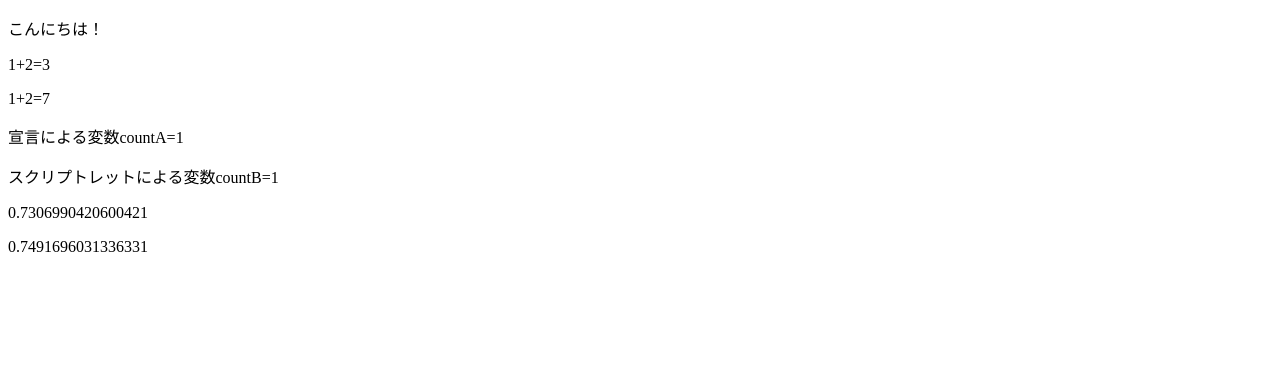
Repository: hitomiono/test
Page: http://localhost/HelloJSP/
The author's editor kept a copy of each file at every save. The page is drawn from the files as they stood at one save, then again after the next save.
The browser window is 1280 px wide. The pictures show the whole page.
The page is served by Tomcat 9.

Above is the page before, as saved 2019-05-20 10:43:10.

### HelloJSP/WebContent/index.jsp
<%@ page language="java" contentType="text/html; charset=UTF-8"
    pageEncoding="UTF-8"%>
<!DOCTYPE html>
<html>
<head>
<meta charset="UTF-8">
<title>TEST</title>
</head>
<body>
<p>こんにちは！</p>

<%!
static int add(int a, int b){
	return a+b;
}
%>


<p>1+2=<%=add(1,2) %></p>
<p>1+2=<%=add(3,4) %></p>


<%! int countA=0; %>
<%
int countB=0;
countA++;
countB++;
%>

<p>宣言による変数countA=<%=countA %></p>
<p>スクリプトレットによる変数countB=<%=countB %></p>


<p><% out.println(Math.random());  %></p>
<p><%=Math.random() %></p>

</body>
</html>

After the next save:
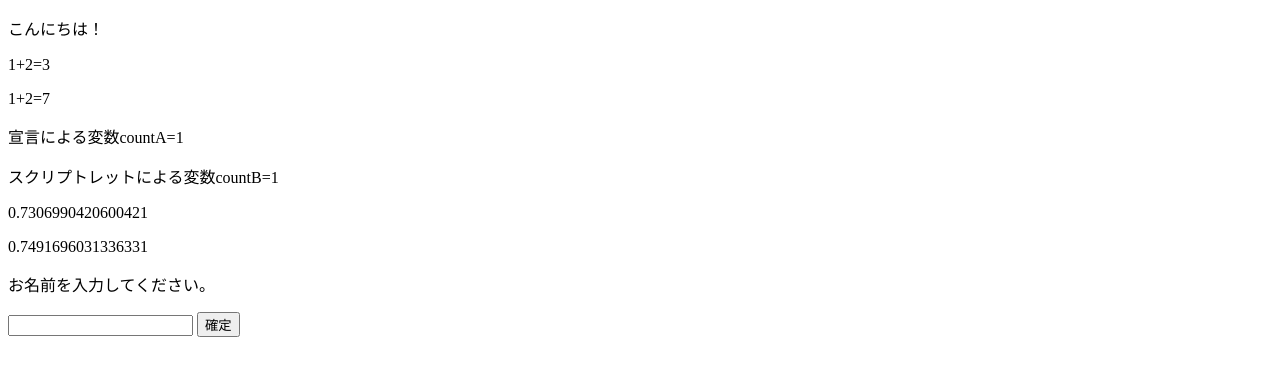
Saved 3 min 49 s later.
--- a/HelloJSP/WebContent/index.jsp
+++ b/HelloJSP/WebContent/index.jsp
@@ -34,5 +34,11 @@
 <p><% out.println(Math.random());  %></p>
 <p><%=Math.random() %></p>
 
+
+<p>お名前を入力してください。</p>
+<from method="post" action="greeting-out.jsp">
+<input type="text" name="user">
+<input type="submit" value="確定">
+</from>
 </body>
 </html>
